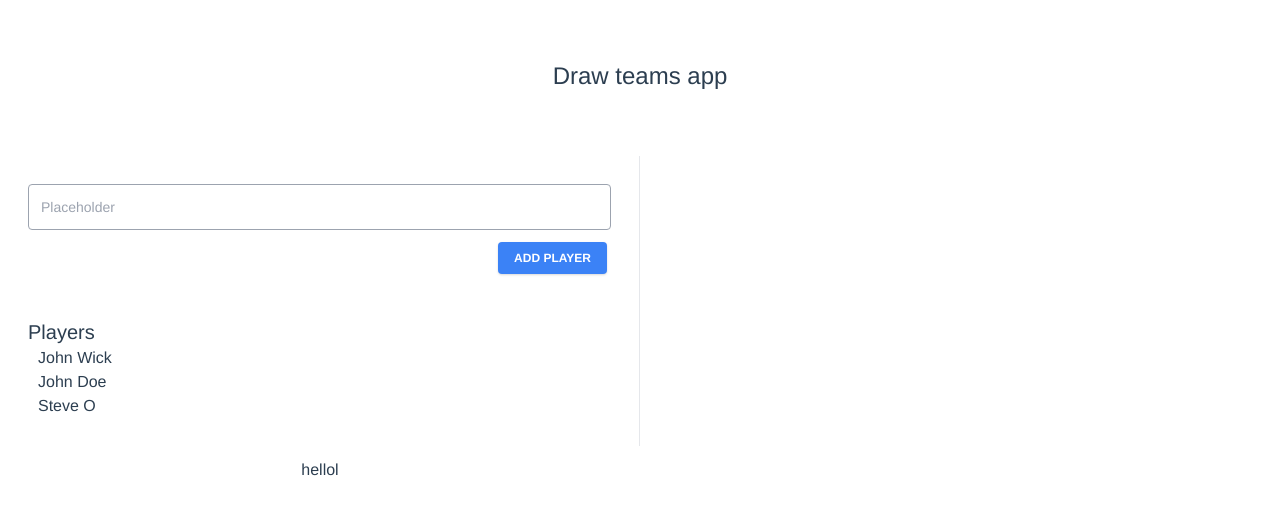
Repository: AlekJanevski/draw-teams-app
Page: /
An editor plug-in stored every save of this project. The page is shown before and after the next save, followed by the edit.
The browser window is 1280 px wide. The pictures show the whole page.
The project was rebuilt for these pictures with package versions that can differ from the ones it lists, and the page was loaded fresh each time.

Above is the page before, as saved 2021-03-18 21:21:11.

After the next save:
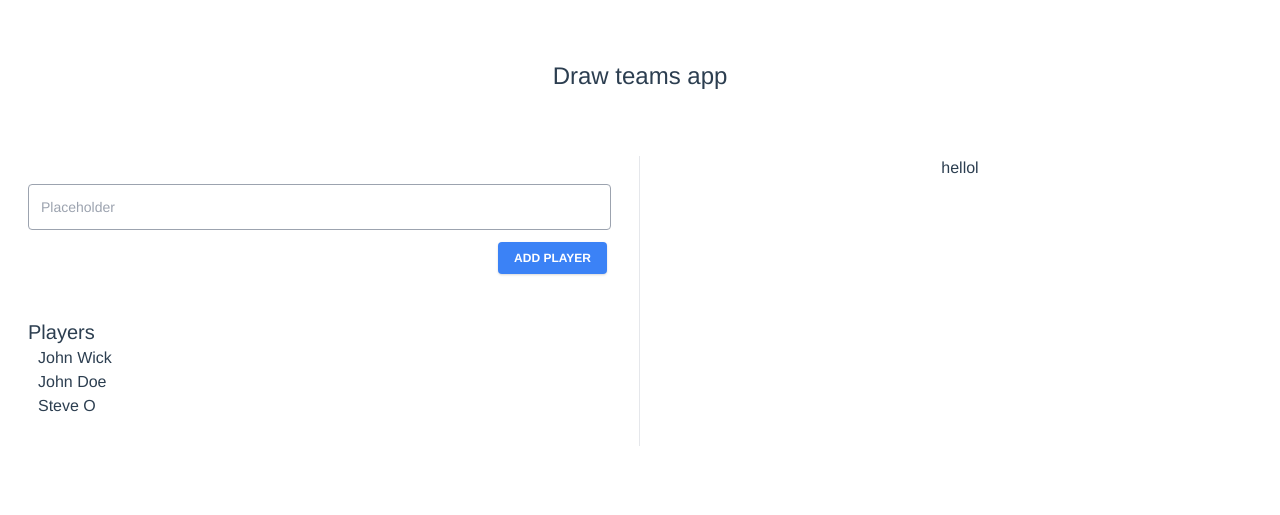
Saved 34 s later.
--- a/src/components/HelloWorld.vue
+++ b/src/components/HelloWorld.vue
@@ -3,7 +3,7 @@
     <h1 class="mb-16 text-2xl">Draw teams app</h1>
 
     <!-- Add user wrapper starts -->
-    <div class="w-1/2 h-full mb-3 border-r p-7">
+    <div class="float-left w-1/2 h-full mb-3 border-r p-7">
       <form name="add-user" method="post" @submit.prevent="addUser">
         <!-- Add user input starts -->
         <input
@@ -33,7 +33,7 @@
     <!-- Add user wrapper ends -->
 
 
-    <div class="w-1/2">
+    <div class="float-left w-1/2">
       hellol
     </div>
 
